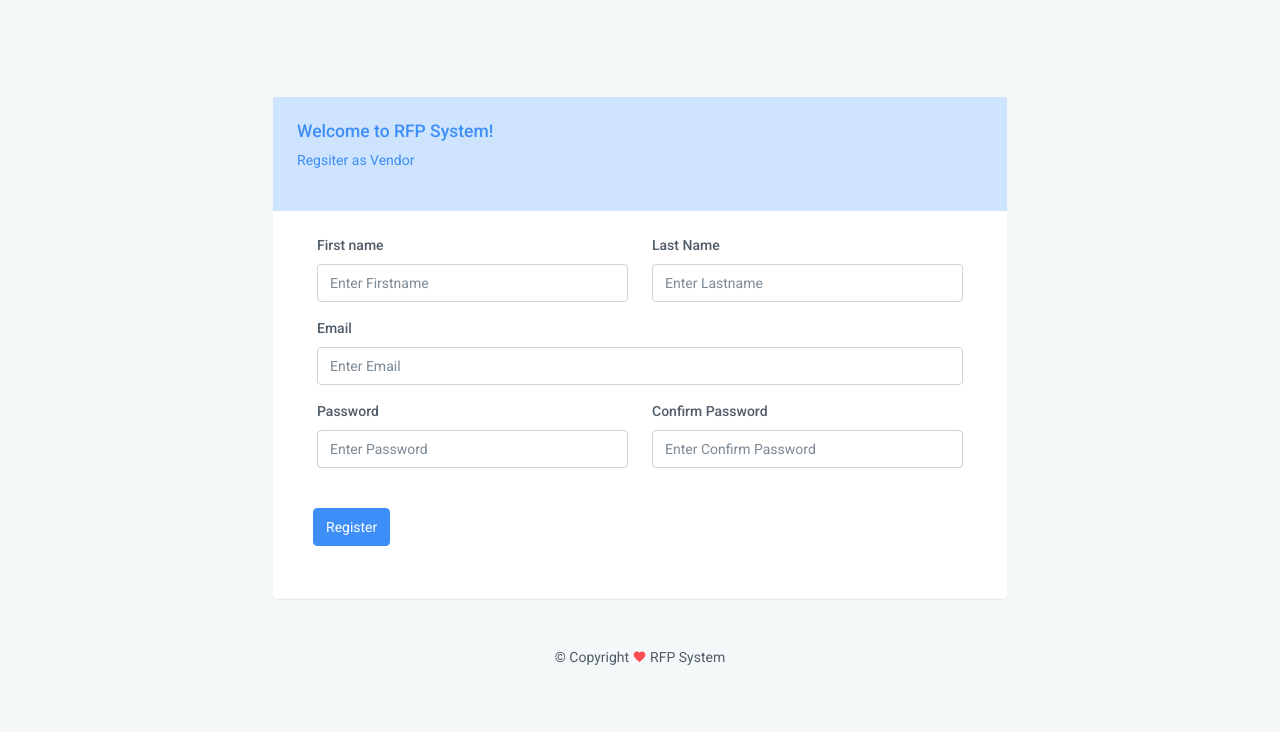
Repository: saurabhgithb/RFP-System
Page: register.html
These files come from the project's save history. The page is drawn as it stood at one moment and after the next save; the edit follows.
The browser window is 1280 px wide. The pictures show the whole page.

Above is the page before, as saved 2023-01-04 17:40:16.

### register.html

<!doctype html>
<html lang="en">

    <head>

        <meta charset="utf-8" />
        <title>Login | RFP System</title>
        <meta name="viewport" content="width=device-width, initial-scale=1.0">
        <meta content="Premium Multipurpose Admin & Dashboard Template" name="description" />
        <meta content="Themesbrand" name="author" />
        <!-- App favicon -->
        <link rel="shortcut icon" href="assets/images/favicon.ico">

        <!-- Bootstrap Css -->
        <link href="assets/css/bootstrap.min.css" id="bootstrap-style" rel="stylesheet" type="text/css" />
        <!-- Icons Css -->
        <link href="assets/css/icons.min.css" rel="stylesheet" type="text/css" />
        <!-- App Css-->
        <link href="assets/css/app.min.css" id="app-style" rel="stylesheet" type="text/css" />

    </head>

    <body>
        <div class="home-btn d-none d-sm-block">
            <a href="index.html" class="text-dark"><i class="fas fa-home h2"></i></a>
        </div>
        <div class="account-pages my-5 pt-sm-5">
            <div class="container">
                <div class="row justify-content-center">
                    <div class="col-md-8 col-lg-6 col-xl-8">
                        <div class="card overflow-hidden">
                            <div class="bg-soft-primary">
                                <div class="row">
                                    <div class="col-12">
                                        <div class="text-primary p-4">
                                            <h5 class="text-primary">Welcome to RFP System!</h5>
                                            <p>Regsiter as Vendor</p>
                                        </div>
                                    </div>
                                </div>
                            </div>
                            <div class="card-body pt-0">
                                <div class="p-4">
                                    <form class="form-horizontal" action="">
                                        <div class="row">
                                            <div class="col-md-12 col-lg-6 col-xl-6">
                                                <div class="form-group">
                                                    <label for="firstname">First name</label>
                                                    <input type="text" class="form-control" id="firstname" placeholder="Enter Firstname">
                                                </div>
                                            </div>
                                            <div class="col-md-12 col-lg-6 col-xl-6">
                                                <div class="form-group">
                                                    <label for="lastname">Last Name</label>
                                                    <input type="text" class="form-control" id="lastname" placeholder="Enter Lastname">
                                                </div>
                                            </div>
                                            <div class="col-md-12">
                                                <div class="form-group">
                                                    <label for="email">Email</label>
                                                    <input type="text" class="form-control" id="email" placeholder="Enter Email">
                                                </div>
                                            </div>

                                            <div class="col-md-12 col-lg-6 col-xl-6">
                                                <div class="form-group">
                                                    <label for="password">Password</label>
                                                    <input type="password" class="form-control" id="password" placeholder="Enter Password">
                                                </div>
                                            </div>
                                            <div class="col-md-12 col-lg-6 col-xl-6">
                                                <div class="form-group">
                                                    <label for="password">Confirm Password</label>
                                                    <input type="password" class="form-control" id="confirmpassword" placeholder="Enter Confirm Password">
                                                </div>
                                            </div>

                                            <div class="p-2 mt-3">
                                                <button class="btn btn-primary btn-block waves-effect waves-light" type="submit">Register</button>
                                            </div>
                                        </div>
                                    </form>
                                </div>
                            </div>
                        </div>
                        <div class="mt-5 text-center">
                            <div>
                                <p>&copy; Copyright <i class="mdi mdi-heart text-danger"></i> RFP System</p>
                            </div>
                        </div>
                    </div>
                </div>
            </div>
        </div>
    </body>
</html>

Loaded but not shown: assets/css/bootstrap.min.css (library); assets/css/icons.min.css (library); assets/css/app.min.css (library)

After the next save:
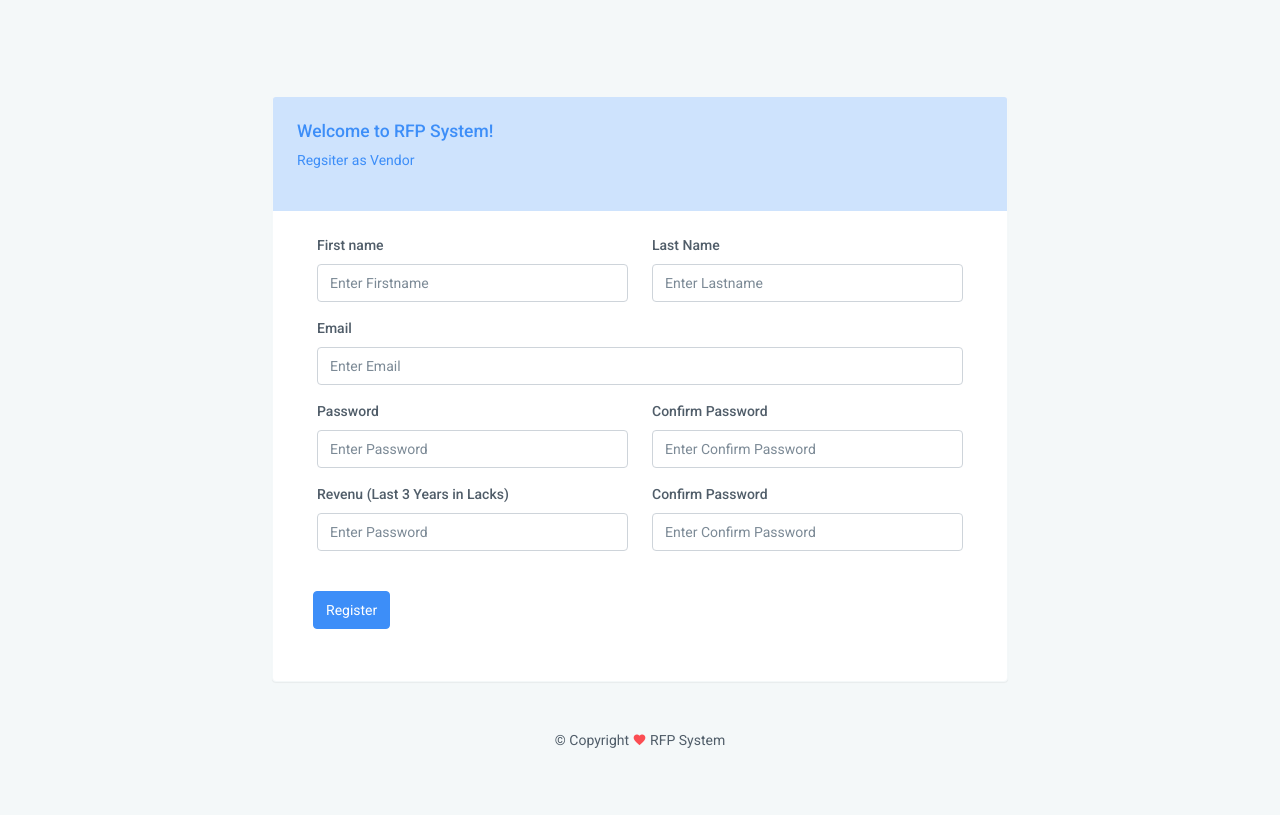
Saved 3 min 17 s later.
--- a/register.html
+++ b/register.html
@@ -76,6 +76,19 @@
                                                 </div>
                                             </div>
 
+                                            <div class="col-md-12 col-lg-6 col-xl-6">
+                                                <div class="form-group">
+                                                    <label for="password">Revenu (Last 3 Years in Lacks)</label>
+                                                    <input type="text" class="form-control" id="password" placeholder="Enter Password">
+                                                </div>
+                                            </div>
+                                            <div class="col-md-12 col-lg-6 col-xl-6">
+                                                <div class="form-group">
+                                                    <label for="password">Confirm Password</label>
+                                                    <input type="password" class="form-control" id="confirmpassword" placeholder="Enter Confirm Password">
+                                                </div>
+                                            </div>
+
                                             <div class="p-2 mt-3">
                                                 <button class="btn btn-primary btn-block waves-effect waves-light" type="submit">Register</button>
                                             </div>
